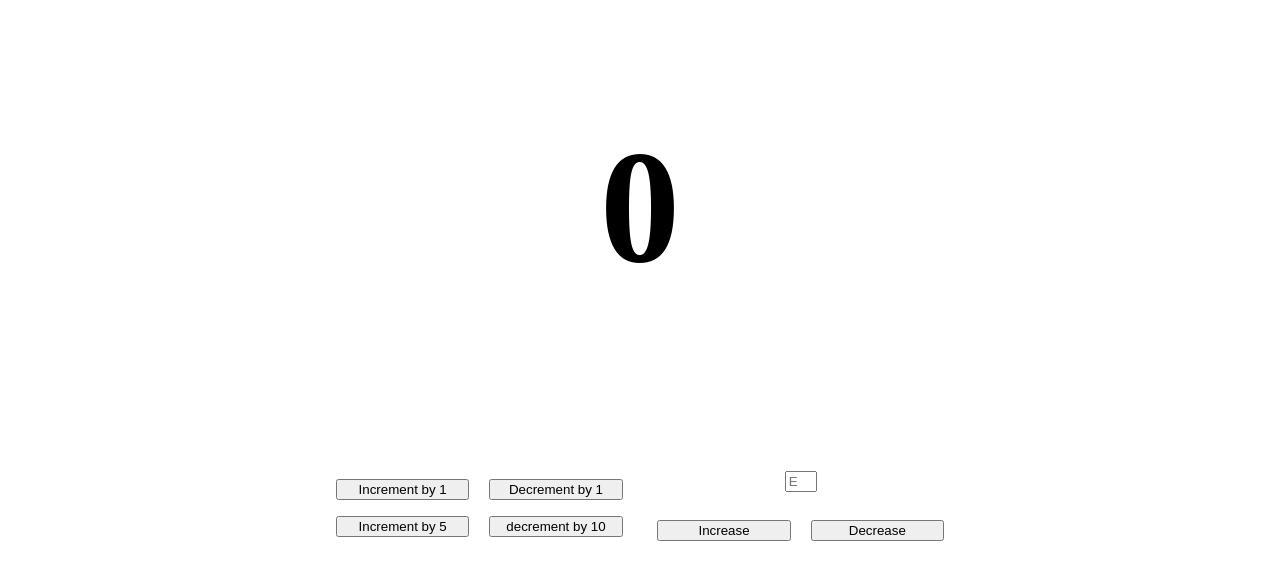
Repository: drumsmanku/micro-project-2
Page: index.html
An editor plug-in stored every save of this project. The page is shown before and after the next save, followed by the edit.
The browser window is 1280 px wide. The pictures show the whole page.

Above is the page before, as saved 2023-04-07 19:47:10.

### index.html
<!DOCTYPE html>
<html lang="en">
<head>
  <meta charset="UTF-8">
  <meta http-equiv="X-UA-Compatible" content="IE=edge">
  <meta name="viewport" content="width=device-width, initial-scale=1.0">
  <link rel="stylesheet" href="style.css">
  <title>micro Project 2</title>
</head>
<body>
  <div class="my-elements">
    <h1 id="h1-tag">0</h1>
    <div class="second-part">
      <div class="second-first-part">
        <div class="just-1">
          <button id="clicked-1">Increment by 1</button>
          <button id="clicked-2">Decrement by 1</button>
        </div>
        <div class="just-2">
          <button id="clicked-3">Increment by 5</button>
          <button id="clicked-4">decrement by 10</button>
        </div>

      </div>
      <div class="second-second-part">
        <input type="number" name="num" id="num" placeholder="Enter the value">
        <div class="inc">
          <button id="inc-dec-1">Increase</button>
          <button id="inc-dec-2">Decrease</button>
        </div>

      </div>

    </div>
  </div>
</body>
</html>

### style.css
.my-elements{
  display: flex;
  justify-content: center;
  text-align: center;
  flex-direction: column;
}
.my-elements h1{
  font-size: 10rem;
}

.second-part{
  display: flex;

  flex-wrap: wrap;
  margin-top: 4rem;
  justify-content: space-between;
}

.second-first-part{
  display: flex;
  flex-direction: column;
  margin-left: 20rem;

}

.second-first-part button{
  width: 10em;
  margin: 0.5rem;
}

.second-second-part{
  display: flex;
  flex-direction: column;
  margin-right: 20rem;
  align-items: center;
}

.second-second-part button{
  width: 10em;
  margin: 0.5rem;
}
.second-second-part input{
  width: 1.5rem;
  margin-bottom: 20px;
}

After the next save:
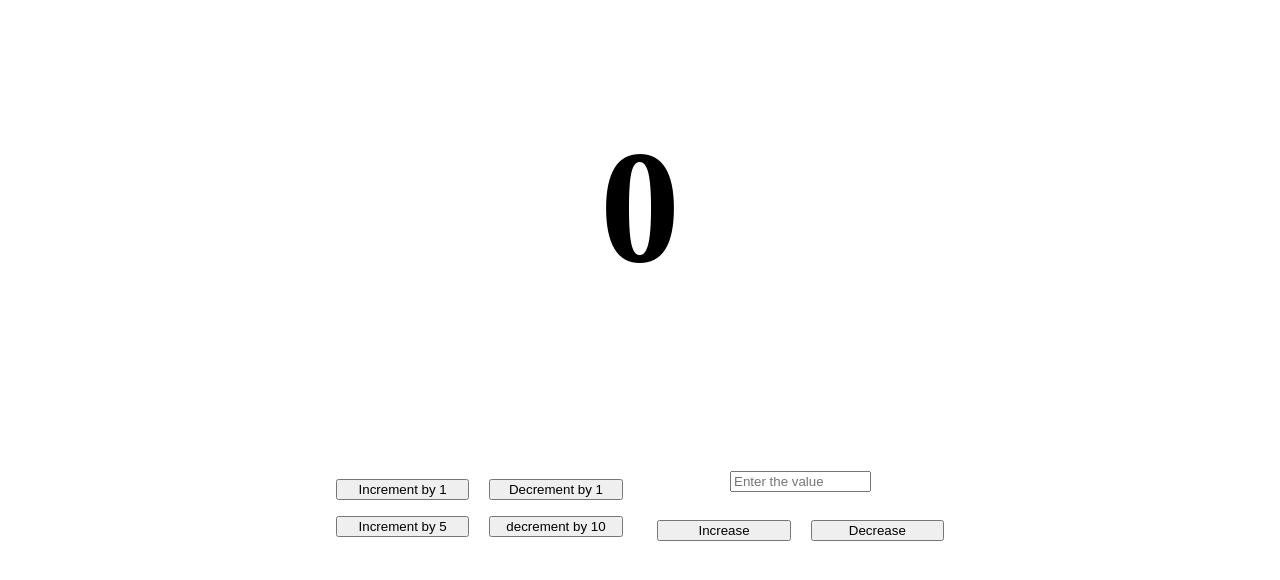
Saved 17 s later.
--- a/style.css
+++ b/style.css
@@ -40,6 +40,6 @@
   margin: 0.5rem;
 }
 .second-second-part input{
-  width: 1.5rem;
+  width: 10em;
   margin-bottom: 20px;
 }
